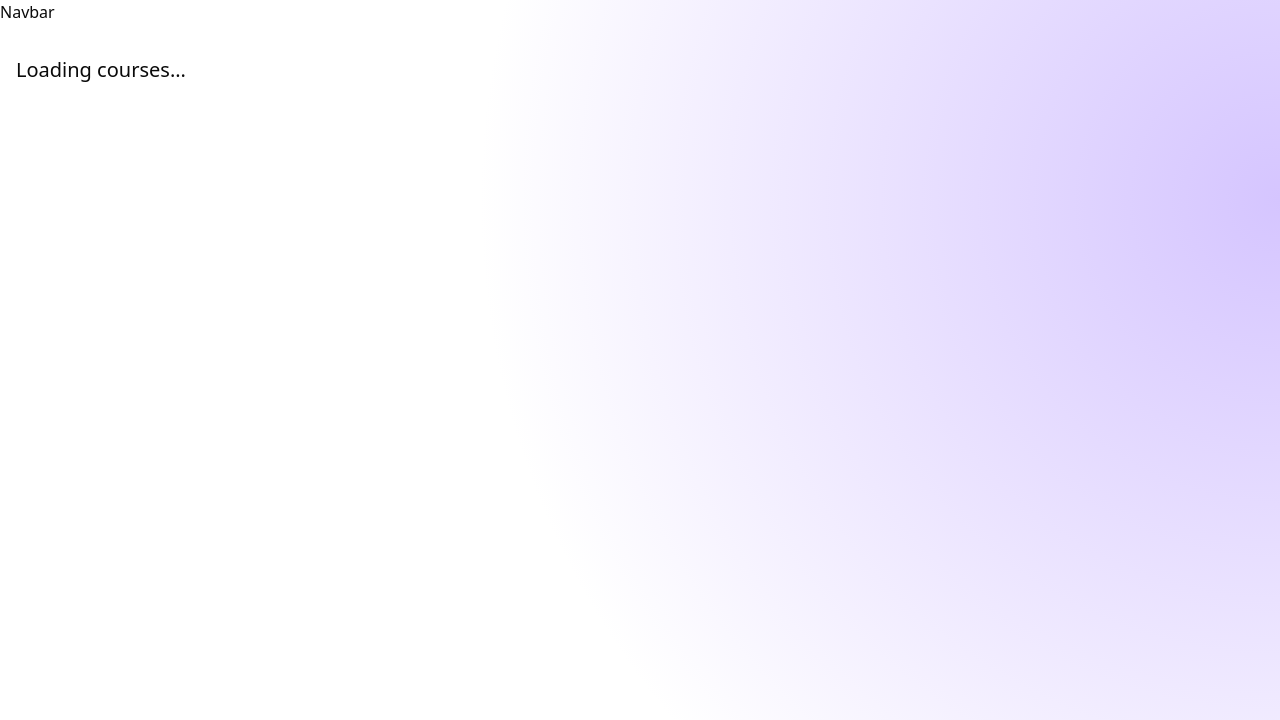
Repository: cygon23/stripe
Page: /courses
These files come from the project's save history. The page is drawn as it stood at one moment and after the next save; the edit follows.
The browser window is 1280 px wide. The pictures show the whole page.
The page's requests for data from a server got no answer. The project was rebuilt for these pictures with package versions that can differ from the ones it lists, and the page was loaded fresh each time. Some packages were replaced by stand-ins written for this rebuild. The framework's server and built-in components were replaced by stand-ins that run in the browser. No one was signed in, and anything a server would have sent is missing. Also part of the build but not shown: next.config.ts, lib/utils.ts, app/components/ui/card.tsx, app/components/ui/badge.tsx, app/components/ui/button.tsx.

Above is the page before, as saved 2025-11-25 17:50:24.

### app/layout.tsx
import type { Metadata } from "next";
import { Geist, Geist_Mono } from "next/font/google";
import "./globals.css";
import { ConvexClientProvider } from "./components/providers/ConvexClientProvider";
import Navbar from "./components/navbar";

const geistSans = Geist({
  variable: "--font-geist-sans",
  subsets: ["latin"],
});

const geistMono = Geist_Mono({
  variable: "--font-geist-mono",
  subsets: ["latin"],
});

export const metadata: Metadata = {
  title: "Create Next App",
  description: "Generated by create next app",
};

export default function RootLayout({
  children,
}: Readonly<{
  children: React.ReactNode;
}>) {
  return (
    <html lang="en">
      <body
        className={`${geistSans.variable} ${geistMono.variable} antialiased`}
      >
        <ConvexClientProvider>
         <div className="absolute inset-0 -z-10 h-full w-full bg-white bg-[linear-gradient(to_right,#f0f0f0_1px,transparent_1px),
         linear-gradient(to_bottom,#f0f0f0_1px,transparent_1px)] bg-[size:6rem_4rem]">
          <div className="absolute bottom-0 left-0 right-0 top-0 bg-[radial-gradient(circle_800px_at_100%_200px,#d5c5ff,transparent)]"></div>
          </div>
          <Navbar />
          {children}
        </ConvexClientProvider>
      </body>
    </html>
  );
}

### app/courses/page.tsx
"use client";

import { Card, CardContent, CardFooter, CardHeader, CardTitle } from "../components/ui/card";
import Link from "next/link";
import Image from "next/image";
import { Badge } from "../components/ui/badge";
import { SignedIn, SignedOut, SignInButton } from "@clerk/nextjs";
import { Button } from "../components/ui/button";
import { api } from "@/convex/_generated/api";
import { useQuery } from "convex/react";

const Page = () => {
  const courses = useQuery(api.courses.getCourses);

  // Show loading while fetching data
  if (courses === undefined) {
    return (
      <div className="container mx-auto py-8 px-4">
        <p className="text-xl">Loading courses...</p>
      </div>
    );
  }

  return (
    <div className='container mx-auto py-8 px-4'>
      <h1 className='text-3xl font-bold mb-8'>All Courses</h1>
      <div className='grid grid-cols-1 md:grid-cols-2 lg:grid-cols-3 gap-6'>
        {courses.map((course) => (
          <Card key={course._id} className='flex flex-col'>
            <Link href={`/courses/${course._id}`} className='cursor-pointer'>
              <CardHeader>
                <Image
                  src={course.imageUrl}
                  alt={course.title}
                  width={640}
                  height={360}
                  className='rounded-md object-cover'
                />
              </CardHeader>
              <CardContent className='flex-grow'>
                <CardTitle className='text-xl mb-2 hover:underline'>{course.title}</CardTitle>
              </CardContent>
            </Link>
            <CardFooter className='flex justify-between items-center'>
              <Badge variant='default' className='text-lg px-3 py-1'>
                ${course.price.toFixed(2)}
              </Badge>
              <SignedIn>
                {/* <PurchaseButton courseId={course._id} /> */}
                buy
              </SignedIn>
              <SignedOut>
                <SignInButton mode='modal'>
                  <Button variant='outline'>Enroll Now</Button>
                </SignInButton>
              </SignedOut>
            </CardFooter>
          </Card>
        ))}
      </div>
    </div>
  );
};

export default Page;

### app/components/providers/ConvexClientProvider.tsx
"use client";

import { ClerkProvider, useAuth } from "@clerk/nextjs";
import { ConvexProvider, ConvexReactClient } from "convex/react";
import { ConvexProviderWithClerk } from "convex/react-clerk";
import { ReactNode } from "react";

const convex = new ConvexReactClient(process.env.NEXT_PUBLIC_CONVEX_URL!);

export function ConvexClientProvider({ children }: { children: ReactNode }) {
  return (
    <ClerkProvider publishableKey={process.env.NEXT_PUBLIC_CLERK_PUBLISHABLE_KEY!}>
      <ConvexProviderWithClerk client={convex} useAuth={useAuth}>
        {children}
      </ConvexProviderWithClerk>

    </ClerkProvider>
  )
}

### app/components/navbar.tsx
const Navbar = () => {
    return <div>Navbar</div>;
}

export default Navbar;

Loaded but not shown: app/globals.css (common file); convex/_generated/api.js (common file)

After the next save:
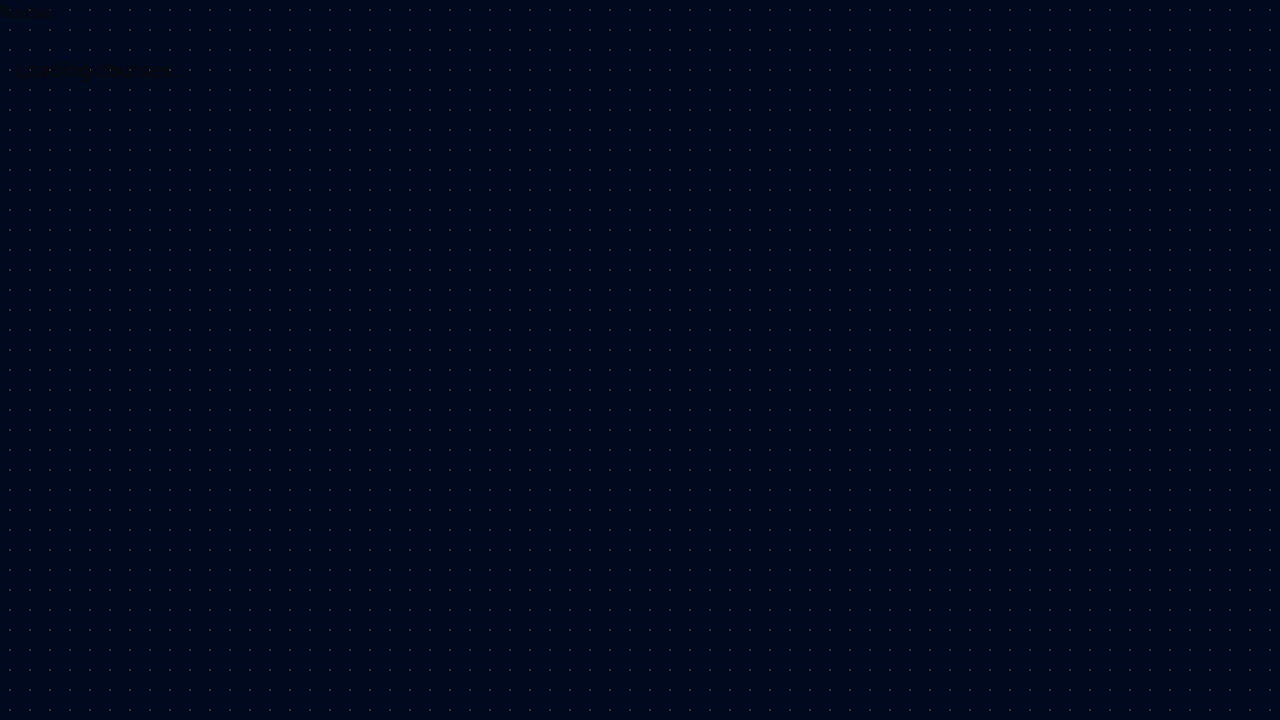
Saved 99 s later.
--- a/app/layout.tsx
+++ b/app/layout.tsx
@@ -30,10 +30,7 @@ export default function RootLayout({
         className={`${geistSans.variable} ${geistMono.variable} antialiased`}
       >
         <ConvexClientProvider>
-         <div className="absolute inset-0 -z-10 h-full w-full bg-white bg-[linear-gradient(to_right,#f0f0f0_1px,transparent_1px),
-         linear-gradient(to_bottom,#f0f0f0_1px,transparent_1px)] bg-[size:6rem_4rem]">
-          <div className="absolute bottom-0 left-0 right-0 top-0 bg-[radial-gradient(circle_800px_at_100%_200px,#d5c5ff,transparent)]"></div>
-          </div>
+        <div className="absolute top-0 z-[-2] h-screen w-screen bg-[#000000] bg-[radial-gradient(#ffffff33_1px,#00091d_1px)] bg-[size:20px_20px]"></div>
           <Navbar />
           {children}
         </ConvexClientProvider>
